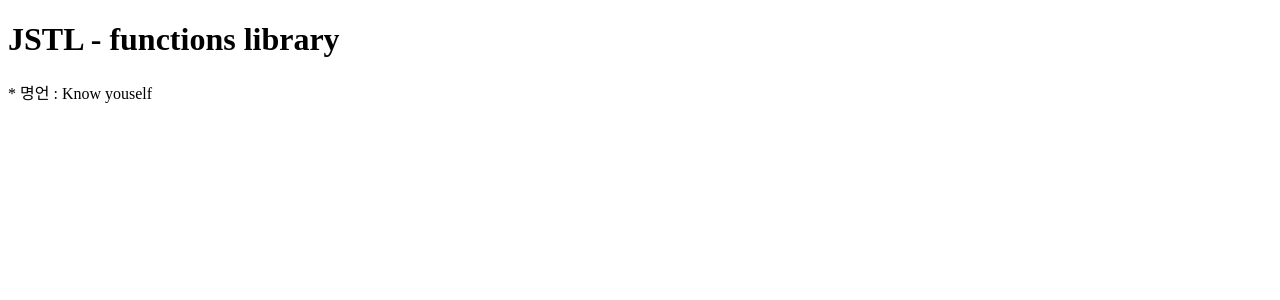
Repository: hailey-516/servlet
Page: http://localhost/3_elAction/views/3_Custom_Action/03_fn.jsp
The author's editor kept a copy of each file at every save. The page is drawn from the files as they stood at one save, then again after the next save.
The browser window is 1280 px wide. The pictures show the whole page.
The page is served by Tomcat 9. Other server files are loaded and not shown.

Above is the page before, as saved 2024-08-28 02:19:44.

### 3_elAction/src/main/webapp/views/3_Custom_Action/03_fn.jsp
<%@ page language="java" contentType="text/html; charset=UTF-8"
    pageEncoding="UTF-8"%>
<%@ taglib prefix="c" uri="http://java.sun.com/jsp/jstl/core" %>
<%@ taglib prefix="fn" uri="http://java.sun.com/jsp/jstl/functions" %>
<!DOCTYPE html>
<html>
<head>
<meta charset="UTF-8">
<title>JSTL - fn</title>
</head>
<body>
	<h1>JSTL - functions library</h1>

	<c:set var="qt" value="Know youself" />

	* 명언 : ${ qt }<br>
</body>
</html>

After the next save:
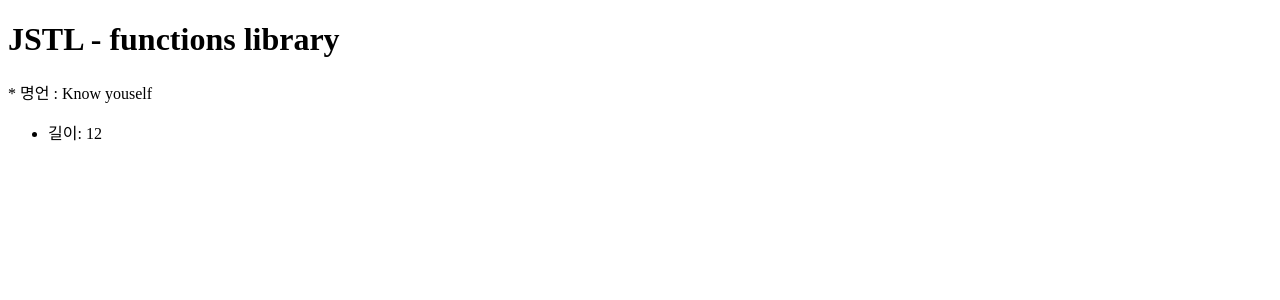
Saved 68 s later.
--- a/3_elAction/src/main/webapp/views/3_Custom_Action/03_fn.jsp
+++ b/3_elAction/src/main/webapp/views/3_Custom_Action/03_fn.jsp
@@ -14,5 +14,11 @@
 	<c:set var="qt" value="Know youself" />
 
 	* 명언 : ${ qt }<br>
+
+	<ul>
+		<li>
+			길이: ${ qt.length() }
+		</li>
+	</ul>
 </body>
 </html>
